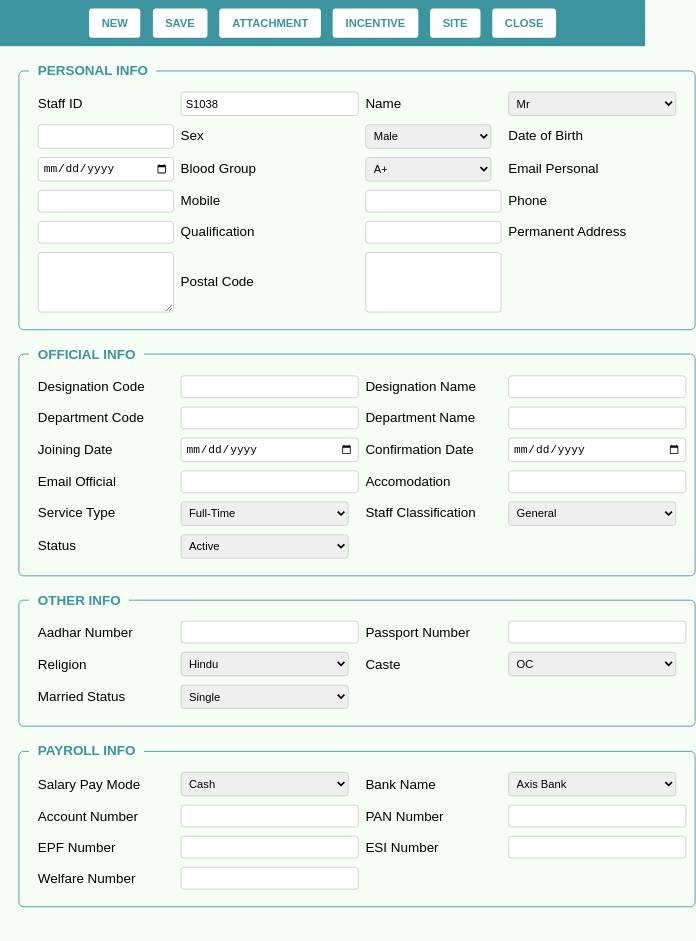
Repository: NAGENDRAN0/New
Page: http://localhost/staff
The author's editor kept a copy of each file at every save. The page is drawn from the files as they stood at one save, then again after the next save.
The browser window is 768 px wide. The page is 828 px wide, then 768 px, so the pictures cover 828 px, including what lies to the right of the window. The pictures show the whole page, at 84% of full size.
The page is this project's Thymeleaf template; nobody is signed in. The template is opened directly, without the code that normally fills it, so the values that code supplies are empty.

Above is the page before, as saved 2025-05-19 07:47:03.

### Documents/workspace-spring-tool-suite-4-4.25.0.RELEASE/HMS/src/main/resources/templates/staff.html
<!DOCTYPE html>
<html lang="en">
<head>
  <meta charset="UTF-8">
  <title>Fundamental</title>
  	<link rel="icon" type="/image/Logo/png" href="/image/Logo.png" style="border-radius: 8px;">
  <link rel="stylesheet" href="../static/css/staff.css">

  <style>
	body {
	  font-family: Arial, sans-serif;
	  background-color: #f5fdf4;
	  margin: 0;
	  padding: 0;
	}

	.header {
	  background-color: #3C949E;
	  padding: 10px;
	  text-align: center;
	}

	.header button {
	  background-color: #fff;
	  border: none;
	  padding: 10px 15px;
	  margin: 0 5px;
	  cursor: pointer;
	  font-weight: bold;
	  color: #3C949E;
	  border-radius: 4px;
	}

	.form-container {
	  padding: 20px;
	}

	fieldset {
	  border: 1px solid #3C949E;
	  margin-bottom: 20px;
	  border-radius: 6px;
	}

	legend {
	  font-weight: bold;
	  color: #3C949E;
	  padding: 0 10px;
	}

	.grid {
	  display: grid;
	  grid-template-columns: 150px 200px 150px 200px;
	  gap: 10px 20px;
	  padding: 10px;
	}

	label {
	  align-self: center;
	}

	input, select, textarea {
	  width: 100%;
	  padding: 5px;
	  border-radius: 4px;
	  border: 1px solid #ccc;
	}

	textarea {
	  height: 60px;
	}

  </style>
</head>
<body>
  <div class="header">
    <button>NEW</button>
    <button>SAVE</button>
    <button>ATTACHMENT</button>
    <button>INCENTIVE</button>
    <button>SITE</button>
    <button>CLOSE</button>
  </div>

  <form class="form-container">
    <fieldset>
      <legend>PERSONAL INFO</legend>
      <div class="grid">
        <label>Staff ID</label>
        <input type="text" name="staffId" value="S1038" readonly>

        <label>Name</label>
        <select name="prefix">
          <option>Mr</option>
          <option>Mrs</option>
          <option>Ms</option>
        </select>
        <input type="text" name="name">

        <label>Sex</label>
        <select><option>Male</option><option>Female</option></select>

        <label>Date of Birth</label>
        <input type="date" name="dob">

        <label>Blood Group</label>
        <select>
          <option>A+</option>
          <option>O+</option>
        </select>

        <label>Email Personal</label>
        <input type="email" name="email">

        <label>Mobile</label>
        <input type="text" name="mobile">

        <label>Phone</label>
        <input type="text" name="phone">

        <label>Qualification</label>
        <input type="text" name="qualification">

        <label>Permanent Address</label>
        <textarea></textarea>

        <label>Postal Code</label>
        <input type="text" name="postalCode">
      </div>
    </fieldset>

    <fieldset>
      <legend>OFFICIAL INFO</legend>
      <div class="grid">
        <label>Designation Code</label>
        <input type="text">

        <label>Designation Name</label>
        <input type="text">

        <label>Department Code</label>
        <input type="text">

        <label>Department Name</label>
        <input type="text">

        <label>Joining Date</label>
        <input type="date">

        <label>Confirmation Date</label>
        <input type="date">

        <label>Email Official</label>
        <input type="email">

        <label>Accomodation</label>
        <input type="text">

        <label>Service Type</label>
        <select><option>Full-Time</option></select>

        <label>Staff Classification</label>
        <select><option>General</option></select>

        <label>Status</label>
        <select><option>Active</option></select>
      </div>
    </fieldset>

    <fieldset>
      <legend>OTHER INFO</legend>
      <div class="grid">
        <label>Aadhar Number</label>
        <input type="text">

        <label>Passport Number</label>
        <input type="text">

        <label>Religion</label>
        <select><option>Hindu</option></select>

        <label>Caste</label>
        <select><option>OC</option><option>BC</option></select>

        <label>Married Status</label>
        <select><option>Single</option><option>Married</option></select>
      </div>
    </fieldset>

    <fieldset>
      <legend>PAYROLL INFO</legend>
      <div class="grid">
        <label>Salary Pay Mode</label>
        <select><option>Cash</option><option>Bank</option></select>

        <label>Bank Name</label>
        <select><option>Axis Bank</option></select>

        <label>Account Number</label>
        <input type="text">

        <label>PAN Number</label>
        <input type="text">

        <label>EPF Number</label>
        <input type="text">

        <label>ESI Number</label>
        <input type="text">

        <label>Welfare Number</label>
        <input type="text">
      </div>
    </fieldset>
  </form>
</body>
</html>

### Documents/workspace-spring-tool-suite-4-4.25.0.RELEASE/HMS/src/main/resources/static/css/staff.css
body {
  font-family: Arial, sans-serif;
  background-color: #f5fdf4;
  margin: 0;
  padding: 0;
}

.header {
  background-color: #3C949E;
  padding: 10px;
  text-align: center;
}

.header button {
  background-color: #fff;
  border: none;
  padding: 10px 15px;
  margin: 0 5px;
  cursor: pointer;
  font-weight: bold;
  color: #3C949E;
  border-radius: 4px;
}

.form-container {
  padding: 20px;
}

fieldset {
  border: 1px solid #3C949E;
  margin-bottom: 20px;
  border-radius: 6px;
}

legend {
  font-weight: bold;
  color: #3C949E;
  padding: 0 10px;
}

.grid {
  display: grid;
  grid-template-columns: 150px 200px 150px 200px;
  gap: 10px 20px;
  padding: 10px;
}

label {
  align-self: center;
}

input, select, textarea {
  width: 100%;
  padding: 5px;
  border-radius: 4px;
  border: 1px solid #ccc;
}

textarea {
  height: 60px;
}

After the next save:
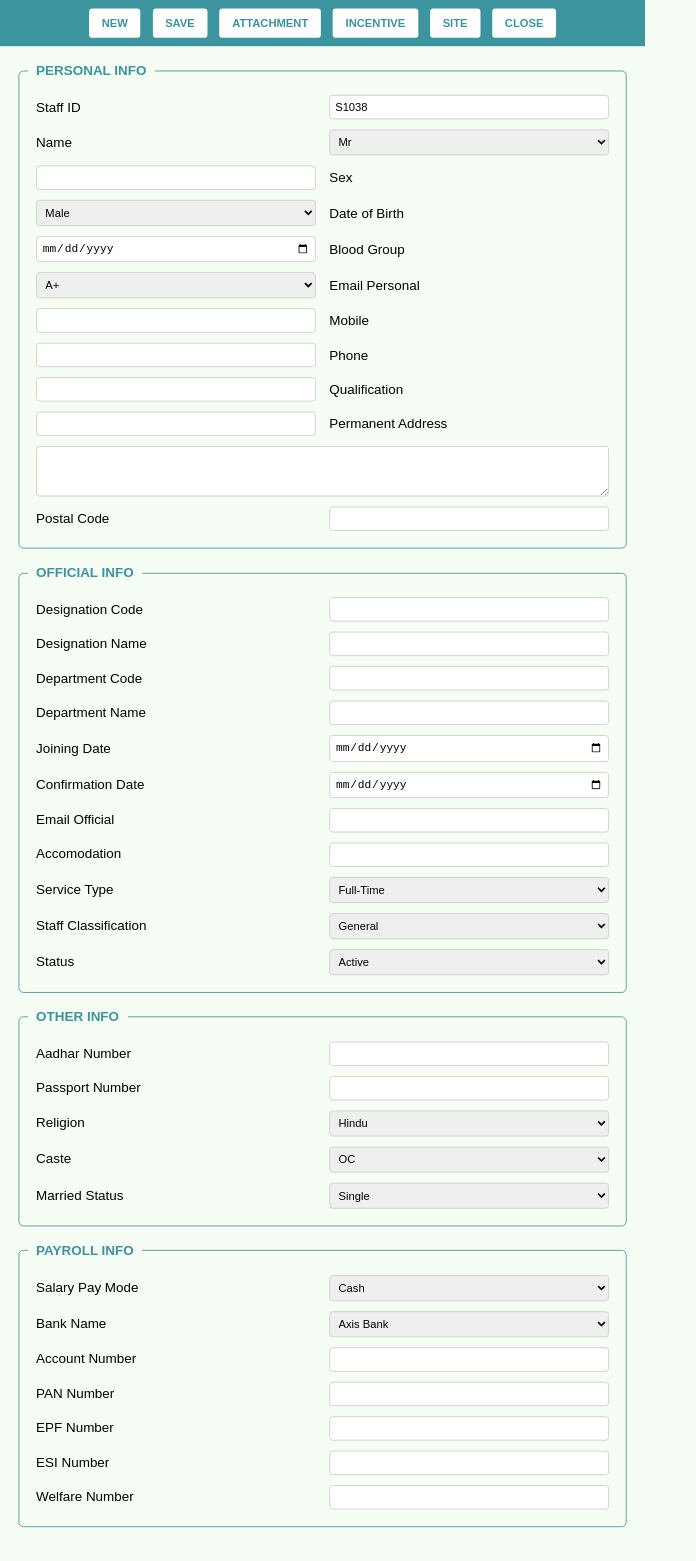
Saved 2 min 23 s later.
--- a/Documents/workspace-spring-tool-suite-4-4.25.0.RELEASE/HMS/src/main/resources/templates/staff.html
+++ b/Documents/workspace-spring-tool-suite-4-4.25.0.RELEASE/HMS/src/main/resources/templates/staff.html
@@ -39,6 +39,7 @@
 	  border: 1px solid #3C949E;
 	  margin-bottom: 20px;
 	  border-radius: 6px;
+	  padding: 10px;
 	}
 
 	legend {
@@ -49,24 +50,43 @@
 
 	.grid {
 	  display: grid;
-	  grid-template-columns: 150px 200px 150px 200px;
-	  gap: 10px 20px;
-	  padding: 10px;
+	  grid-template-columns: 1fr 2fr 1fr 2fr;
+	  gap: 12px 16px;
+	  align-items: center;
 	}
 
 	label {
-	  align-self: center;
+	  text-align: right;
+	  padding-right: 6px;
+	  white-space: nowrap;
 	}
 
 	input, select, textarea {
 	  width: 100%;
-	  padding: 5px;
+	  padding: 6px;
 	  border-radius: 4px;
 	  border: 1px solid #ccc;
+	  box-sizing: border-box;
 	}
 
 	textarea {
-	  height: 60px;
+	  resize: vertical;
+	  min-height: 60px;
+	  grid-column: span 3;
+	}
+
+	@media (max-width: 900px) {
+	  .grid {
+	    grid-template-columns: 1fr 1fr;
+	  }
+
+	  label {
+	    text-align: left;
+	  }
+
+	  textarea {
+	    grid-column: span 2;
+	  }
 	}
 
   </style>
